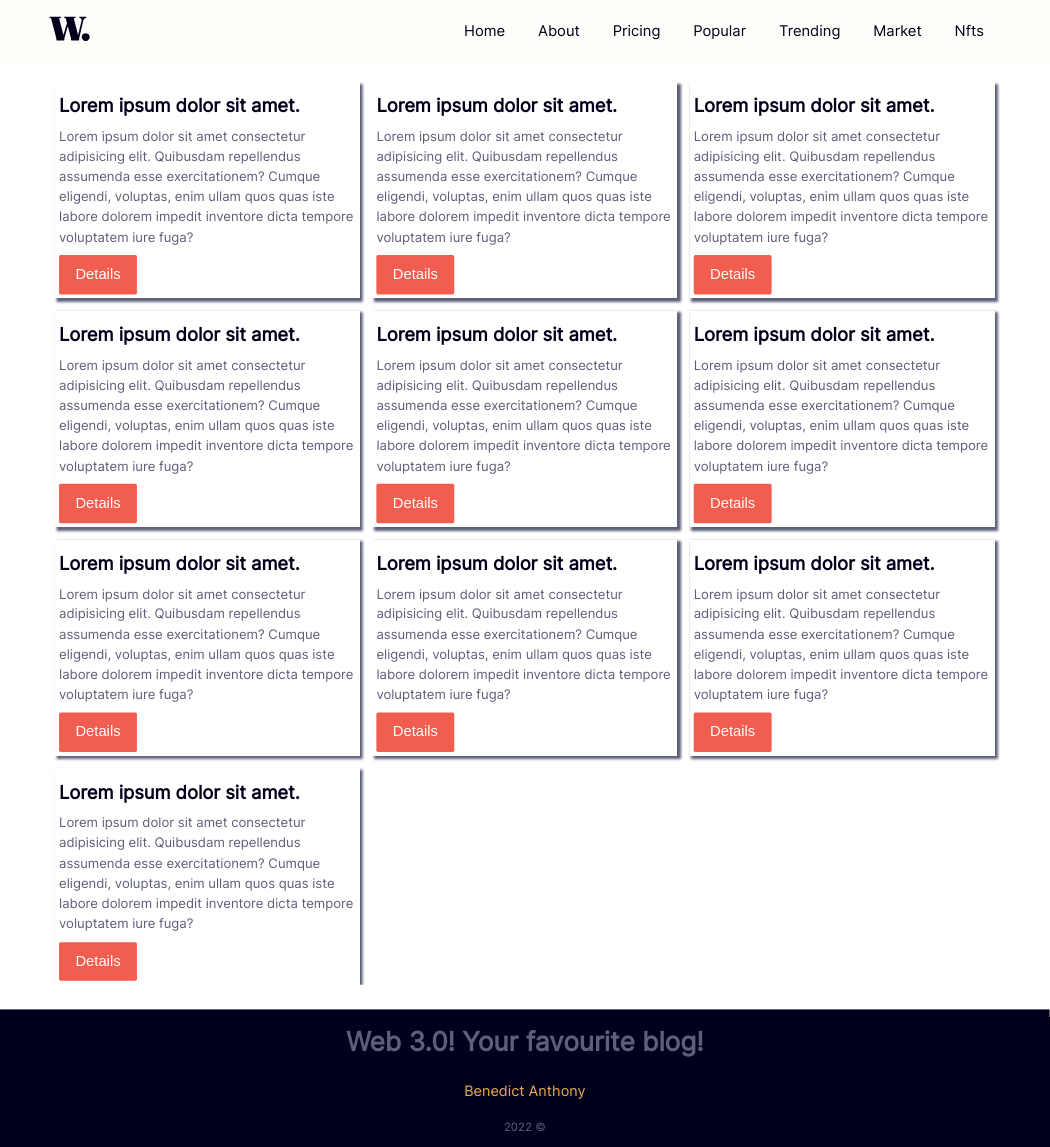
Repository: Benedict-Anthony/web3.0-blog-chain
Page: /market
These files come from the project's save history. The page is drawn as it stood at one moment and after the next save; the edit follows.
The browser window is 1280 px wide. The pictures show the whole page, at 82% of full size.
The project was rebuilt for these pictures with package versions that can differ from the ones it lists, and the page was loaded fresh each time. The framework's server and built-in components were replaced by stand-ins that run in the browser. Also part of the build but not shown: next.config.js, styles/styles.css.

Above is the page before, as saved 2022-12-22 05:44:24.

### pages/_app.tsx
import '../styles/globals.scss'
import type { AppProps } from 'next/app'
import NavBar from '../components/NavBar'
import "@/styles/styles.css"
import { Footer } from 'components/Footer'
export default function App({ Component, pageProps }: AppProps) {
  return (
    <>
      <NavBar />
      <Component {...pageProps} />
      <Footer/>
    </>
  )
}

### pages/market.tsx
import React from 'react'
import Layout from 'components/Layout';
import Market from 'components/Market';
import MarketStyles from "@/styles/Market.module.scss"
const market = () => {
  return (
      <Layout title='Web 3.0 | market News' description='market system top news' keyword='crytopcurrency, coin, web 3, news'>
          <section className={MarketStyles.section}>
              {[1,2,3,4,5,6,7,8,9,0].map((market) => (
                  <Market key={market}/>

              ))}
          </section>
      </Layout>
  )
}

export default market

### styles/globals.scss
:root{
  --SoftOrange: hsl(35, 77%, 62%);
  --SoftRed: hsl(5, 85%, 63%);

  --Red: hsl(0, 78%, 62%);
  --Cyan: hsl(180, 62%, 55%);
  --Orange: hsl(34, 97%, 64%);
  --Blue: hsl(212, 86%, 64%);

  --OffWhite: hsl(36, 100%, 99%);
  --GrayishBlue: hsl(233, 8%, 79%);
  --DarkGrayishBlue: hsl(236, 13%, 42%);
  --VeryDarkBlue: hsl(240, 100%, 5%);
}

@font-face{
  font-family: "Inter";
  src: url("/landing/assets/fonts/static/inter-Bold.ttf");
  src: url("/landing/assets/fonts/static/inter-ExtraBold.ttf");
  src: url("/landing/assets/fonts/static/inter-Regular.ttf");
}

*::after, *::before, *{
  padding: 0;
  margin: 0;
  box-sizing: border-box;
  transition: all .3s ease;
  line-height: 1.54em;
}


ul,li{
  list-style: none;
}

html{
  scroll-behavior: smooth;
}

body{
  font-family: "Inter";
}

.swiper {
    overflow: visible;
}

### components/NavBar.tsx
import React, { useEffect } from 'react'
import {useState} from "react"
import Image from 'next/image'
import Link from 'next/link';
import NavBarStyles from "@/styles/navBar.module.scss";
import { useRouter } from 'next/router';

const NavBar = () => {
  const [mobileActive, setMobileActive] = useState(false)
  const route = useRouter()

  useEffect(() => {
    setMobileActive(false)
  }, [route.pathname])
  return (

        <header className={NavBarStyles.header}>
          <nav className={NavBarStyles.nav}>
               <div className="logo">
                <Image src="/landing/assets/images/logo.svg" alt="" width={50} height={30} />
              </div>

              <ul style={{
                right: mobileActive ? "0" : "calc(100vw + 50px)"
              }}>
                  <li><Link href={"/"}>Home</Link></li>
                  <li><Link href={"/about"}>About</Link></li>
                  <li><Link href={"/pricing"}>Pricing</Link></li>
                  <li><Link href={"/popular"}>Popular</Link></li>
                  <li><Link href={"/trending"}>Trending</Link></li>
                  <li><Link href={"/market"}>Market</Link></li>
                  <li><Link href={"/nft"}>Nfts</Link></li>

              </ul>

                  <div className={NavBarStyles.toggler} onClick={() => setMobileActive(!mobileActive)}>
                      <Image src={`/landing/assets/images/${mobileActive ? "icon-menu-close.svg" : "icon-menu.svg"}`} alt="" width={25} height={20} />
            </div>

         </nav>
    </header>

  )
}

export default NavBar

### components/Footer.tsx
import React from 'react'
import Footerstyles from "@/styles/Footer.module.scss"
export const Footer = () => {
    const year = new Date().getFullYear()
  return (
    <footer className={Footerstyles.footer}>
        <h3>Web 3.0! Your favourite blog!</h3>
          <p>Benedict Anthony</p>
          <div>{ year} &copy;</div>
    </footer>
  )
}

### components/Layout.tsx
import React, { FC } from 'react'
import UtilsStyles from "@/styles/Utils.module.scss";
import {ReactNode} from "react"
import  Head  from 'next/head';

type layoutProps = {
  children: ReactNode,
  title: string
  description: string
  keyword: string
}
const Layout = ({children, title, description, keyword}:layoutProps) => {
  return (
    <>

      <Head>
        <title>{title}</title>
        <meta name='description' content={description} />
        <meta name='keywords' content={keyword} />
    </Head>
    <main className={UtilsStyles.container}>
      <section className={UtilsStyles.spaceY}>
        {children}
      </section>
      </main>
    </>
  )
}

export default Layout

### components/Market.tsx
import React from 'react'
import Button from './Button'
import MarketStyles from "@/styles/Market.module.scss"

const Market = () => {
  return (
    <article className={MarketStyles.article}>
          <h2>Lorem ipsum dolor sit amet.</h2>
          <p>Lorem ipsum dolor sit amet consectetur adipisicing elit. Quibusdam repellendus assumenda esse exercitationem? Cumque eligendi, voluptas, enim ullam quos quas iste labore dolorem impedit inventore dicta tempore voluptatem iure fuga?</p>
          <Button title='Details'/>
    </article>
  )
}

export default Market

### styles/Market.module.scss
.section{
    margin-top: 20px;
    display: grid;
    grid-template-columns: repeat(auto-fit, minmax(18rem, 1fr));
    justify-content: center;
    align-items: center;
    gap: 15px;

}

.article{
    // border: 1px outset var(--DarkGrayishBlue);
    padding: 5px;
    box-shadow: 3px 3px 3px 1px var(--DarkGrayishBlue);

    h2{
        font-weight: 600;
        font-size: 1.4rem;
        padding: 7px 0;
        color: var(--VeryDarkBlue);
    }

    p{
        font-size: 16px;
        color: var(--DarkGrayishBlue);
    }
}

### styles/navBar.module.scss
.header{
    position: fixed;
    top: 0;
    right: 0;
    left: 0;
    // max-width: 1160px;
    margin: 0 auto;
    padding: 20px;
     background-color: var(--OffWhite);
     z-index:10;
    //  box-shadow:  2px 1px 3px var(--DarkGrayishBlue);
}

.nav{
    display: flex;
    justify-content: space-between;
    align-items: center;
     max-width: 1160px;
    margin: 0 auto;

    .logo{
        width: 50px;
    }

    ul{
        display: flex;
        align-items: center;
        justify-content: space-between;

        li{
            margin: 0 20px;

            a{
                text-decoration: none;
                font-size: 18px;
                color: var(--VeryDarkBlue);
                font-family: "Inter";
                font-weight: 400;
                &:hover{
                    color: var(--SoftRed);
                    cursor: pointer;
                }
            }
        }
    }

    @media(max-width:767px) {
        ul{
            position: absolute;
            top: 0;
            width: 80%;
            background-color: var(--OffWhite);
            box-shadow: 2px 2px 3px var(--DarkGrayishBlue);
            height: 100vh;
            flex-flow: column;
            justify-content: center;
            align-items: flex-start;
            padding-left: 10px;

            li{
                margin: 20px 0;

                a{
                    font-size: 22px;
                }
            }

        }


    }
}



.toggler{
        display: none;


        @media(max-width:767px) {
            display: block;
            z-index: 10;
        }
    }

### styles/Footer.module.scss
.footer{
    display: flex;
    align-items: center;
    justify-content: center;
    flex-direction: column;
    gap: 20px;
    padding: 15px 5px;
    color: var(--DarkGrayishBlue);
    background-color: var(--VeryDarkBlue);
    margin-top: 30px;
    text-align: center;

    h3{
        // color:var(--Blue);
        font-size: 2rem;
    }
    p{
        color: var(--SoftOrange);
        font-size: 1.1rem;
    }

    div{
        // color: var(--SoftOrange);
        font-size: 14px;
    }
}

### styles/Utils.module.scss
.container{
    max-width: 1160px;
    margin: 0 auto;
    overflow:hidden;
    padding: 0 7px;
}

.spaceY{
    padding-top: 2.5rem;
    margin-top: 2.5rem;
}

### components/Button.tsx
import React from 'react'
import ButtonbStyles from "@/styles/Button.module.scss"
type ButtonProps = {
    title:string
}
const Button = ({title}: ButtonProps) => {
  return (
    <button className={ButtonbStyles.button}>
      {title}
    </button>
  )
}

export default Button

### styles/Button.module.scss
.button{
    display: inline-block;
    color: var(--OffWhite);
    padding: 10px 20px;
    border: 0;
    background-color: var(--SoftRed);
    margin-top: 10px;
    font-size: 18px;
    border-radius: 2px;
    text-transform: capitalize;

    &:hover{
        cursor: pointer;
        background-color: var(--VeryDarkBlue);
    }
}

After the next save:
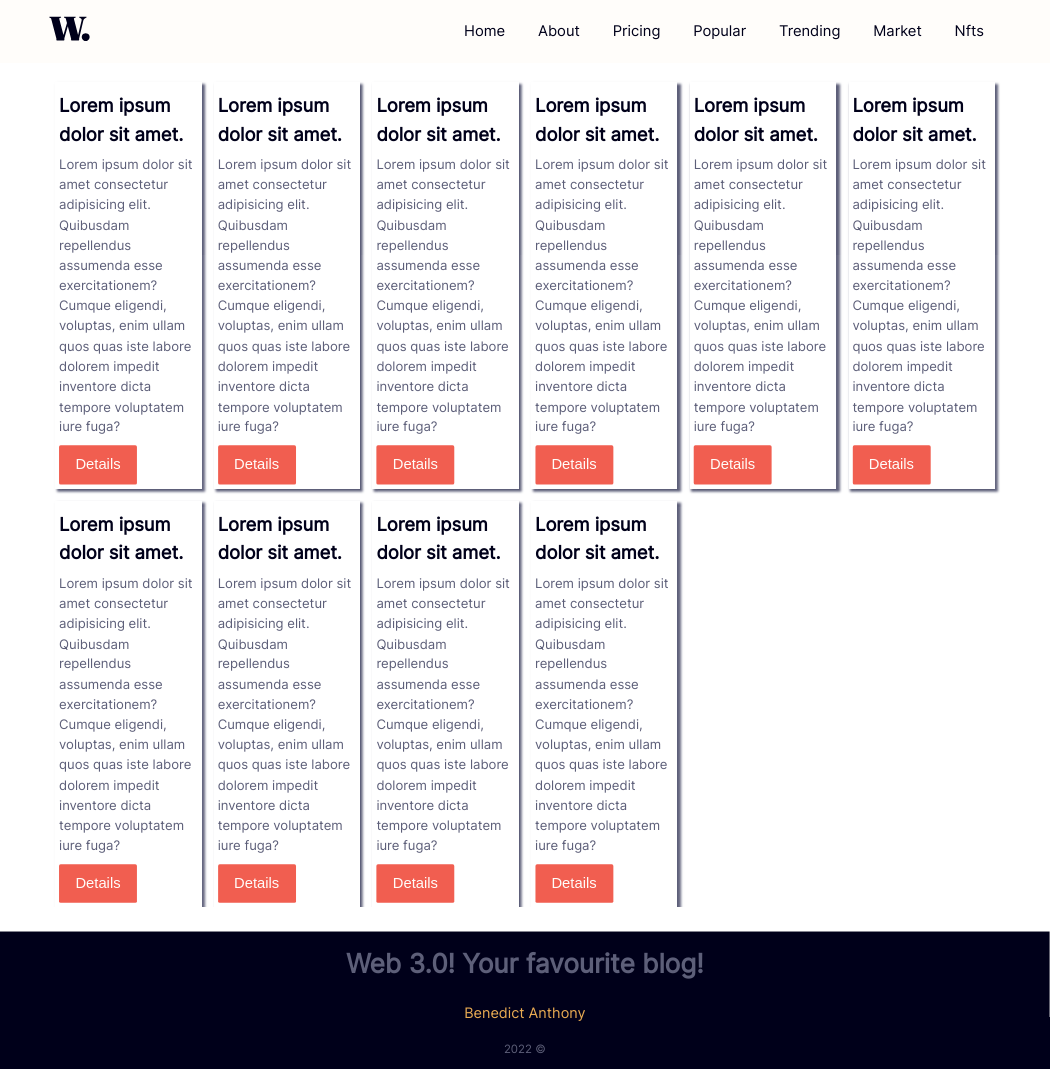
Saved 9 s later.
--- a/styles/Market.module.scss
+++ b/styles/Market.module.scss
@@ -1,7 +1,7 @@
 .section{
     margin-top: 20px;
     display: grid;
-    grid-template-columns: repeat(auto-fit, minmax(18rem, 1fr));
+    grid-template-columns: repeat(auto-fit, minmax(10rem, 1fr));
     justify-content: center;
     align-items: center;
     gap: 15px;
